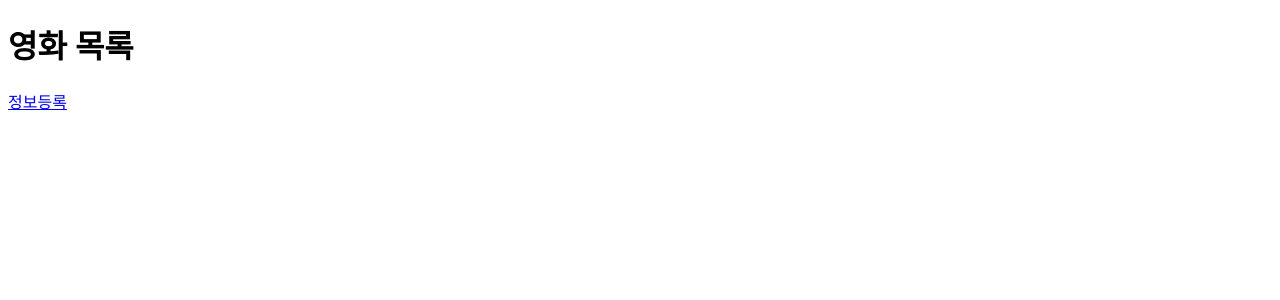
Repository: sungseop/JspWorkspace
Page: http://localhost/12_mvc_movie/MovieServlet?command=movie_list
These files come from the project's save history. The page is drawn as it stood at one moment and after the next save; the edit follows.
The browser window is 1280 px wide. The pictures show the whole page.
The page is served by Tomcat 9. Other server files are loaded and not shown. Queries for data that is not in the repository find no rows.

Above is the page before, as saved 2022-06-02 06:43:18.

### 12_mvc_movie/src/main/webapp/movie/movieList.jsp
<%@ page language="java" contentType="text/html; charset=UTF-8"
    pageEncoding="UTF-8"%>
<!DOCTYPE html>
<html>
<head>
<meta charset="UTF-8">
<title>영화 목록</title>
</head>
<body>
	<div>
		<h1>영화 목록</h1>
		<tr>
			<td colspan="5" style="border: white; text-align:right;">
				<a href="MovieServlet?command=movie_write_form">정보등록</a>
			</td>
		</tr>
	</div>
</body>
</html>

### 12_mvc_movie/src/main/java/com/ezen/controller/MovieServlet.java
package com.ezen.controller;

import java.io.IOException;

import javax.servlet.ServletContext;
import javax.servlet.ServletException;
import javax.servlet.annotation.WebServlet;
import javax.servlet.http.HttpServlet;
import javax.servlet.http.HttpServletRequest;
import javax.servlet.http.HttpServletResponse;

import com.ezen.dto.MovieVO;
import com.green.controller.Action;
import com.oreilly.servlet.MultipartRequest;
import com.oreilly.servlet.multipart.DefaultFileRenamePolicy;

/**
 * Servlet implementation class MovieServlet
 */
@WebServlet("/MovieServlet")
public class MovieServlet extends HttpServlet {
	private static final long serialVersionUID = 1L;

    /**
     * @see HttpServlet#HttpServlet()
     */
    public MovieServlet() {
        super();
        // TODO Auto-generated constructor stub
    }

	/**
	 * @see HttpServlet#doGet(HttpServletRequest request, HttpServletResponse response)
	 */
	protected void doGet(HttpServletRequest request, HttpServletResponse response) throws ServletException, IOException {
		String command = null;

		// getAttribute()로 읽은 값이 존재하면 doPost()에서 setAttribute()로 저장한 값임
		// getAttribute()로 읽은 값이 없으면 일반적인 방법으로 화면에서 전달된 데이터를 getParameter()로 읽어줌
		if(request.getAttribute("command") != null) {
			command = (String)request.getAttribute("command");
		} else {
			command = request.getParameter("command");
		}
		System.out.println("MovieServlet에서 수신: " + command);
		ActionFactory factory = ActionFactory.getInstance();
		Action action = factory.getAction(command);
		if(action != null) {
			action.execute(request, response);
		}
	}

	/**
	 * @see HttpServlet#doPost(HttpServletRequest request, HttpServletResponse response)
	 */
	protected void doPost(HttpServletRequest request, HttpServletResponse response) throws ServletException, IOException {
		request.setCharacterEncoding("UTF-8");

		MovieVO movie = new MovieVO();

		String savePath = "images";
		ServletContext context = getServletContext();
		String uploadFilePath = context.getRealPath(savePath);
		int sizeLimit = 10 * 1024 * 1024;
		String encType = "UTF-8";

		// Multipart로 전송된 데이터는 일반적인 getParameter()로 읽을 수 없으므로
		// Multipart 객체를 생성해서 얻은 파라미터를 내장객체에 저장하여 doGet()으로 넘겨줌
		//command 입력값이 null이면 MultipartRequest로 전송된다고 가정함
		if(request.getParameter("command") == null) {
			try {
				MultipartRequest multi = new MultipartRequest(
						request, uploadFilePath, sizeLimit, encType,
						new DefaultFileRenamePolicy()
						);

				movie.setTitle(multi.getParameter("title"));
				movie.setPrice(Integer.parseInt(multi.getParameter("price")));
				movie.setDirector(multi.getParameter("director"));
				movie.setActor(multi.getParameter("actor"));
				// poster 파일명 설정
				String fileName = multi.getFilesystemName("uploadFile");
				movie.setPoster(fileName);
				movie.setSynopsis(multi.getParameter("synopsis"));

				request.setAttribute("movie", movie);
				request.setAttribute("command", multi.getParameter("command"));
			} catch(Exception e) {
				e.printStackTrace();
			}
		}
		doGet(request, response);
	}

}

### 12_mvc_movie/src/main/java/com/ezen/controller/ActionFactory.java
package com.ezen.controller;

import com.green.controller.Action;
import com.green.controller.MovieListAction;

public class ActionFactory {

	private ActionFactory() { }

	private static ActionFactory instance = new ActionFactory();

	public static ActionFactory getInstance() {
		return instance;
	}

	// 컨트롤러(서블릿)에서 command를 전달 받아서 해당하는 업무 로직을 생성해서 반환함
	public Action getAction(String command) {
		Action action = null;

		System.out.println("ActionFactory: " + command);

		if(command.equals("movie_list")) {
			action = new MovieListAction();
		}

		return action;
	}
}

### 12_mvc_movie/src/main/java/com/green/controller/Action.java
package com.green.controller;

import java.io.IOException;

import javax.servlet.ServletException;
import javax.servlet.http.HttpServletRequest;
import javax.servlet.http.HttpServletResponse;

public interface Action {

	public void execute(HttpServletRequest request, HttpServletResponse response) throws ServletException, IOException;

}

### 12_mvc_movie/src/main/java/com/green/controller/MovieListAction.java
package com.green.controller;

import java.io.IOException;
import java.util.List;

import javax.servlet.ServletException;
import javax.servlet.http.HttpServletRequest;
import javax.servlet.http.HttpServletResponse;

import com.ezen.dao.MovieDAO;
import com.ezen.dto.MovieVO;


public class MovieListAction implements Action {

	@Override
	public void execute(HttpServletRequest request, HttpServletResponse response) throws ServletException, IOException {
		String url = "movie/movieList.jsp";

		// DB에서 게시글 목록 전체 조회
		MovieDAO mDao = MovieDAO.getInstance();
		List<MovieVO> movieList = mDao.selectAllMovies();

		// 조회내용을 내장객체에 저장
		request.setAttribute("movieList", movieList);

		request.getRequestDispatcher(url).forward(request, response);
	}

}

### 12_mvc_movie/src/main/java/com/ezen/dao/MovieDAO.java
package com.ezen.dao;

import java.sql.Connection;
import java.sql.PreparedStatement;
import java.sql.ResultSet;
import java.util.ArrayList;
import java.util.List;

import com.ezen.dto.MovieVO;

import util.DBManager;


public class MovieDAO {

	private MovieDAO() { }

	private static MovieDAO instance = new MovieDAO();

	public static MovieDAO getInstance() {
		return instance;
	}

	// 게시글 목록 전체 조회
	public List<MovieVO> selectAllMovies() {
		Connection conn = null;
		PreparedStatement pstmt = null;
		ResultSet rs = null;
		String sql = "SELECT * FROM movie ORDER BY code DESC";
		List<MovieVO> movieList = new ArrayList<>();

		try {
			conn = DBManager.getConnection();
			pstmt = conn.prepareStatement(sql);

			rs = pstmt.executeQuery();

			while(rs.next()) {
				MovieVO movie = new MovieVO();
				movie.setCode(rs.getInt("code"));
				movie.setTitle(rs.getString("title"));
				movie.setPrice(rs.getInt("price"));
				movie.setDirector(rs.getString("director"));
				movie.setPoster(rs.getString("poster"));
				movie.setSynopsis(rs.getString("Synopsis"));

				movieList.add(movie);
			}
		} catch(Exception e) {
			e.printStackTrace();
		} finally {
			DBManager.close(null, pstmt, rs);
		}

		return movieList;
	}
}

### 12_mvc_movie/src/main/java/util/DBManager.java
package util;

import java.sql.Connection;
import java.sql.ResultSet;
import java.sql.Statement;

import javax.naming.Context;
import javax.naming.InitialContext;
import javax.sql.DataSource;

public class DBManager {

	public static Connection getConnection() {
		Connection conn = null;
		try {
			// JNDI(Java Naming and Directory Interface) 초기화(JNDI를 이용하기 위한 객체 생성)
			Context initContext = new InitialContext(); // tomcat > server에 적었던 구성파일을 실행하기 위해
			// lookup() = 지정된 이름으로 등록된 서비스를 찾을 때 사용
			Context envContext  = (Context)initContext.lookup("java:/comp/env");
			// JDBC 연결 서비스 등록
			DataSource ds = (DataSource)envContext.lookup("jdbc/myoracle");
			conn = ds.getConnection(); // DBCP에 등록된 오라클 연결을 할당받는다.
		} catch(Exception e) {
			e.printStackTrace();
		}

		return conn;
	}

	// Select문 수행 후 close() 메소드
	public static void close(Connection conn, Statement stmt, ResultSet rs) {
		try {
			if (rs != null) rs.close();
			if (stmt != null) stmt.close();
			if (conn != null) conn.close();
		} catch(Exception e) {
			e.printStackTrace();
		}
	}

	// Update, Insert, Delete문 수행 후 close() 메소드
	public static void close(Connection conn, Statement stmt) {
		try {
			if (stmt != null) stmt.close();
			if (conn != null) conn.close();
		} catch(Exception e) {
			e.printStackTrace();
		}
	}
}

After the next save:
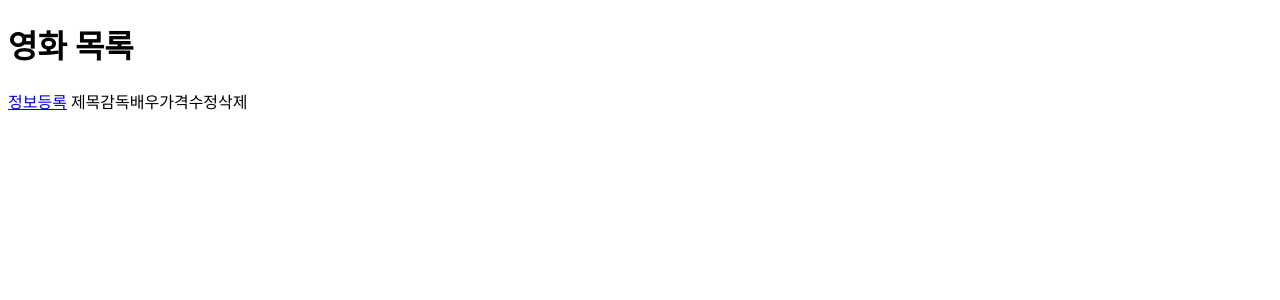
Saved 75 s later.
--- a/12_mvc_movie/src/main/webapp/movie/movieList.jsp
+++ b/12_mvc_movie/src/main/webapp/movie/movieList.jsp
@@ -14,6 +14,9 @@
 				<a href="MovieServlet?command=movie_write_form">정보등록</a>
 			</td>
 		</tr>
+		<tr>
+		<th>제목</th><th>감독</th><th>배우</th><th>가격</th><th>수정</th><th>삭제</th>
+		</tr>
 	</div>
 </body>
 </html>
